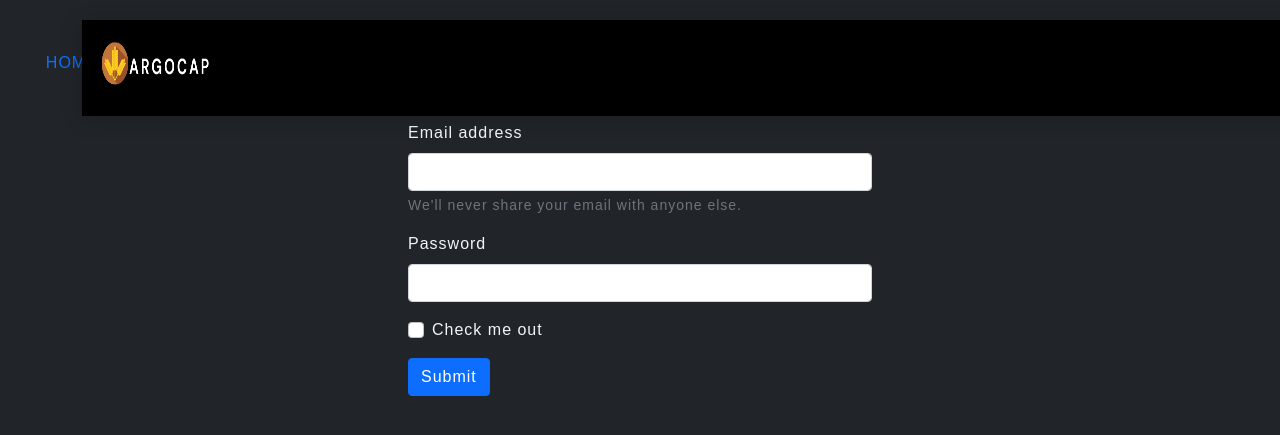
Repository: hellojeeban/farmers-decision-support-system
Page: http://localhost/Argocap/loginUser.jsp
These files come from the project's save history. The page is drawn as it stood at one moment and after the next save; the edit follows.
The browser window is 1280 px wide. The pictures show the whole page.
The page is served by Tomcat 9.

Above is the page before, as saved 2024-02-02 06:18:15.

### Argocap/src/main/webapp/loginUser.jsp
<!DOCTYPE html>
<html>
<head>
<meta charset="ISO-8859-1">
<meta charset="UTF-8">
<meta http-equiv="X-UA-Compatible" content="IE=edge">
<meta name="viewport" content="width=device-width, initial-scale=1.0">
<link rel="icon" href="/img/ARGO.png">
<link rel="stylesheet" href="style.css">
<link rel="stylesheet"
	href="https://cdnjs.cloudflare.com/ajax/libs/font-awesome/4.7.0/css/font-awesome.min.css">
<meta http-equiv="X-UA-Compatible" content="ie=edge">
<title>Login Form</title>
<link
	href="https://cdn.jsdelivr.net/npm/bootstrap@5.0.2/dist/css/bootstrap.min.css"
	rel="stylesheet"
	integrity="sha384-EVSTQN3/azprG1Anm3QDgpJLIm9Nao0Yz1ztcQTwFspd3yD65VohhpuuCOmLASjC"
	crossorigin="anonymous">
</head>
<body class="bg-dark">
<div class="container">
	<nav>
		<div class="logo">
			<a href="index.html"><img src="/img/ARGOCAP.png" alt="Logo Image">
		</div>
		</a>
		</div>
		<div class="hamburger">
			<div class="line1"></div>
			<div class="line2"></div>
			<div class="line3"></div>
		</div>
		<ul class="nav-links">
			<li><a href="index.html">Home</a></li>
			<li><a href="/about/aboutus.html">About Us</a></li>
			<li><a href="#">Government Schemes</a></li>
			<li><a href="#">Organic Farming</a></li>
			<li><a href="contact/contactus.html">Contact Us</a></li>
			<li><button class="login-button" href="#">Login</button></li>
			<li><button class="join-button" href="#">Join</button></li>
		</ul>
	</nav>
</div>
	<div class="container text-light" style="width: 40%">
		<div class="container-fluid">
			<form>
				<div class="mb-3">
					<label for="exampleInputEmail1" class="form-label">Email
						address</label> <input type="email" class="form-control"
						id="exampleInputEmail1" aria-describedby="emailHelp">
					<div id="emailHelp" class="form-text">We'll never share your
						email with anyone else.</div>
				</div>
				<div class="mb-3">
					<label for="exampleInputPassword1" class="form-label">Password</label>
					<input type="password" class="form-control"
						id="exampleInputPassword1">
				</div>
				<div class="mb-3 form-check">
					<input type="checkbox" class="form-check-input" id="exampleCheck1">
					<label class="form-check-label" for="exampleCheck1">Check
						me out</label>
				</div>
				<button type="submit" class="btn btn-primary">Submit</button>
			</form>
		</div>
	</div>
	<script
		src="https://cdn.jsdelivr.net/npm/bootstrap@5.0.2/dist/js/bootstrap.bundle.min.js"
		integrity="sha384-MrcW6ZMFYlzcLA8Nl+NtUVF0sA7MsXsP1UyJoMp4YLEuNSfAP+JcXn/tWtIaxVXM"
		crossorigin="anonymous"></script>
</body>
</html>

### Argocap/src/main/webapp/style.css
@charset "ISO-8859-1";

@import url('https://fonts.googleapis.com/css2?family=Poppins:wght@100;200;400;700&display=swap');

*{
    box-sizing: border-box;
    margin-top:2px;
    padding:0;
    margin: 0;
    padding: 0;
    color: #f2f5f7;
    font-family: sans-serif;
    letter-spacing: 1px;
    font-weight: 300;
}

/* menu bar */

  .logo {
    max-width: 200px;
  }
  .push-left {
    margin-left: auto;
  }

  /* Menu */
  nav{
    height: 6rem;
    width: 100vw;
    background-color: #000000;
    box-shadow: 0 3px 20px rgba(0, 0, 0, 0.2);
    display: flex;
    position: fixed;
    z-index: 10;
    }


body{
    overflow-x: hidden;
}

/*Styling logo*/
.logo{
    padding:1vh 1vw;
    text-align: center;
}
.logo img {
    height: 5rem;
    width: 8rem;
}

/*Styling Links*/
.nav-links{
    display: flex;
    list-style: none;
    width: 88vw;
    padding: 0 0.7vw;
    justify-content: space-evenly;
    align-items: center;
    text-transform: uppercase;
}
.nav-links li a{
    text-decoration: none;
    margin: 0 0.7vw;
}
.nav-links li a:hover {
    color: #61DAFB;
}
.nav-links li {
    position: relative;
}
.nav-links li a::before {
    content: "";
    display: block;
    height: 3px;
    width: 0%;
    background-color: #61DAFB;
    position: absolute;
    transition: all ease-in-out 250ms;
    margin: 0 0 0 10%;
}
.nav-links li a:hover::before{
    width: 80%;
}

/*Styling Buttons*/
.login-button{
    background-color: transparent;
    border: 1.5px solid #f2f5f7;
    border-radius: 2em;
    padding: 0.6rem 0.8rem;
    margin-left: 2vw;
    font-size: 1rem;
    cursor: pointer;

}
.login-button:hover {
    color: #131418;
    background-color: #f2f5f7;
    border:1.5px solid #f2f5f7;
    transition: all ease-in-out 350ms;
}
.join-button{
    color: #131418;
    background-color: #61DAFB;
    border: 1.5px solid #61DAFB;
    border-radius: 2em;
    padding: 0.6rem 0.8rem;
    font-size: 1rem;
    cursor: pointer;
}
.join-button:hover {
    color: #f2f5f7;
    background-color: transparent;
    border:1.5px solid #f2f5f7;
    transition: all ease-in-out 350ms;
}

/*Styling Hamburger Icon*/
.hamburger div{
    width: 30px;
    height:3px;
    background: #f2f5f7;
    margin: 5px;
    transition: all 0.3s ease;
}
.hamburger{
    display: none;
}

/*Stying for small screens*/
@media screen and (max-width: 800px){
    nav{
        position: fixed;
        z-index: 3;
    }
    .hamburger{
        display:block;
        position: absolute;
        cursor: pointer;
        right: 5%;
        top: 50%;
        transform: translate(-5%, -50%);
        z-index: 2;
        transition: all 0.7s ease;
    }
    .nav-links{
        position: fixed;
        background: #131418;
        height: 100vh;
        width: 100%;
        flex-direction: column;
        clip-path: circle(50px at 90% -20%);
        -webkit-clip-path: circle(50px at 90% -10%);
        transition: all 1s ease-out;
        pointer-events: none;
    }
    .nav-links.open{
        clip-path: circle(1000px at 90% -10%);
        -webkit-clip-path: circle(1000px at 90% -10%);
        pointer-events: all;
    }
    .nav-links li{
        opacity: 0;
    }
    .nav-links li:nth-child(1){
        transition: all 0.5s ease 0.2s;
    }
    .nav-links li:nth-child(2){
        transition: all 0.5s ease 0.4s;
    }
    .nav-links li:nth-child(3){
        transition: all 0.5s ease 0.6s;
    }
    .nav-links li:nth-child(4){
        transition: all 0.5s ease 0.7s;
    }
    .nav-links li:nth-child(5){
        transition: all 0.5s ease 0.8s;
    }
    .nav-links li:nth-child(6){
        transition: all 0.5s ease 0.9s;
        margin: 0;
    }
    .nav-links li:nth-child(7){
        transition: all 0.5s ease 1s;
        margin: 0;
    }
    li.fade{
        opacity: 1;
    }
}
/*Animating Hamburger Icon on Click*/
.toggle .line1{
    transform: rotate(-45deg) translate(-5px,6px);
}
.toggle .line2{
    transition: all 0.7s ease;
    width:0;
}
.toggle .line3{
    transform: rotate(45deg) translate(-5px,-6px);
}
/* nav end */

body{
    background-color: #413543;
    background-size:cover;
    overflow:hidden;
    height: 100vh;
    font-family: 'Poppins', sans-serif;
}

.container{
    padding: 20px 70px;
    color:#fff;
}

.current-info{
    display: flex;
    justify-content: space-between;
    flex-wrap: wrap;
}
.date-container{
    font-weight: 100;
    margin-top: 6rem;
}
.date-container .time{
    font-size: 70px;
}

.date-container #am-pm{
    font-size: 30px;
    margin-left: 20px;
}

.date-container .date{
    font-size: 30px;
}

.place-container{
    text-align: end;
}

.place-container .time-zone{
    font-size: 30px;
    font-weight: 100;
}

.place-container .country{
    font-size: 12px;
    font-weight: 700;
}

.current-info .others{
    display: flex;
    flex-direction: column;
    background: rgba(24,24,27, 0.6);
    padding:20px;
    border-radius: 10px;
    margin: 10px 0;
    border: 1px solid #eee;
}

.current-info .others .weather-item{
    display: flex;
    justify-content: space-between;
}


.future-forecast{
    background: rgba(24,24,27,0.8);
    padding: 6%;
    position:relative;
    bottom: 0;
    display: flex;
    color:white;
    nav-left: 1%;
    width: 100%;
    align-items: center;
    justify-content: center;
    overflow-y: hidden;
}

.future-forecast .today{
    display: flex;
    align-items: center;
    justify-content: center;
    border: 1px solid #eee;
    border-radius: 10px;
    padding:15px;
    padding-right: 40px;
    border-radius: 10px;
    background: rgba(0,0,0,0.2)
}

.future-forecast .today .day{
    padding: 5px 15px;
    background: #3c3c44;
    border-radius: 50px;
    text-align: center;
}

.future-forecast .today .temp{
    font-size: 18px;
    padding-top: 15px;
}

.future-forecast .weather-forecast{
    display: flex;
}

.weather-forecast .weather-forecast-item{
    display: flex;
    flex-direction: column;
    align-items: center;
    justify-content: center;
    margin: 0 10px;
    border: 1px solid #eee;
    padding: 15px;
    border-radius: 10px;
    background: rgba(0,0,0,0.2)
}

.weather-forecast .weather-forecast-item .day{
    padding: 5px 15px;
    background: #3C3C44;
    border-radius: 50px;
    text-align: center;
}

.weather-forecast .weather-forecast-item .temp{
    font-weight: 100;
    font-size: 12px;
}


@media only screen and  (max-width:730px){

    .container{
        padding: 20px;
    }

    .future-forecast{
        justify-content: start;
        align-items: none;
        overflow-y: scroll;
    }

    .future-forecast .today .temp{
        font-size: 16px;
    }

    .date-container .time{
        font-size: 50px;
    }

    .date-container #am-pm{
        font-size: 20px;
    }

    .date-container .date{
        font-size: 20px;
    }

    .place-container{
        text-align: end;
        margin-top: 15px;
    }

    .place-container .time-zone{
        font-size: 20px;
    }

    .current-info .others{
        padding: 12px;
    }

    .current-info .others .weather-item{
        font-size: 14px;
    }

}

@media only screen and (max-width: 1400px){
    .future-forecast{
        justify-content: start;
        align-items: none;
        overflow-x: scroll;
    }
}
/*Scroll bar */
.scroll-container {
    overflow-y: scroll;
    scroll-behavior: smooth;
  }
  #google_translate_element{
    margin-top: 6rem;
  }

After the next save:
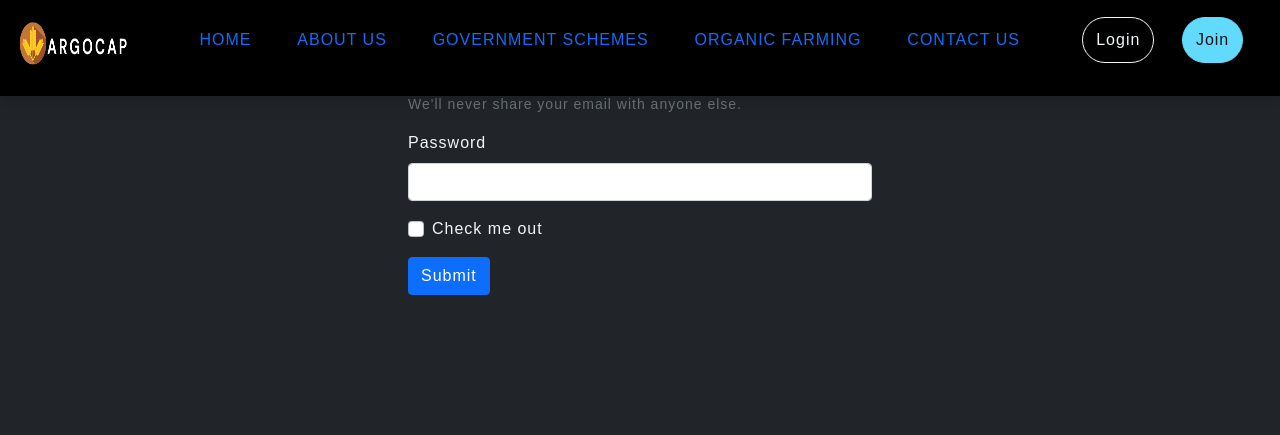
Saved 13 s later.
--- a/Argocap/src/main/webapp/loginUser.jsp
+++ b/Argocap/src/main/webapp/loginUser.jsp
@@ -18,7 +18,6 @@
 	crossorigin="anonymous">
 </head>
 <body class="bg-dark">
-<div class="container">
 	<nav>
 		<div class="logo">
 			<a href="index.html"><img src="/img/ARGOCAP.png" alt="Logo Image">
@@ -40,7 +39,6 @@
 			<li><button class="join-button" href="#">Join</button></li>
 		</ul>
 	</nav>
-</div>
 	<div class="container text-light" style="width: 40%">
 		<div class="container-fluid">
 			<form>
